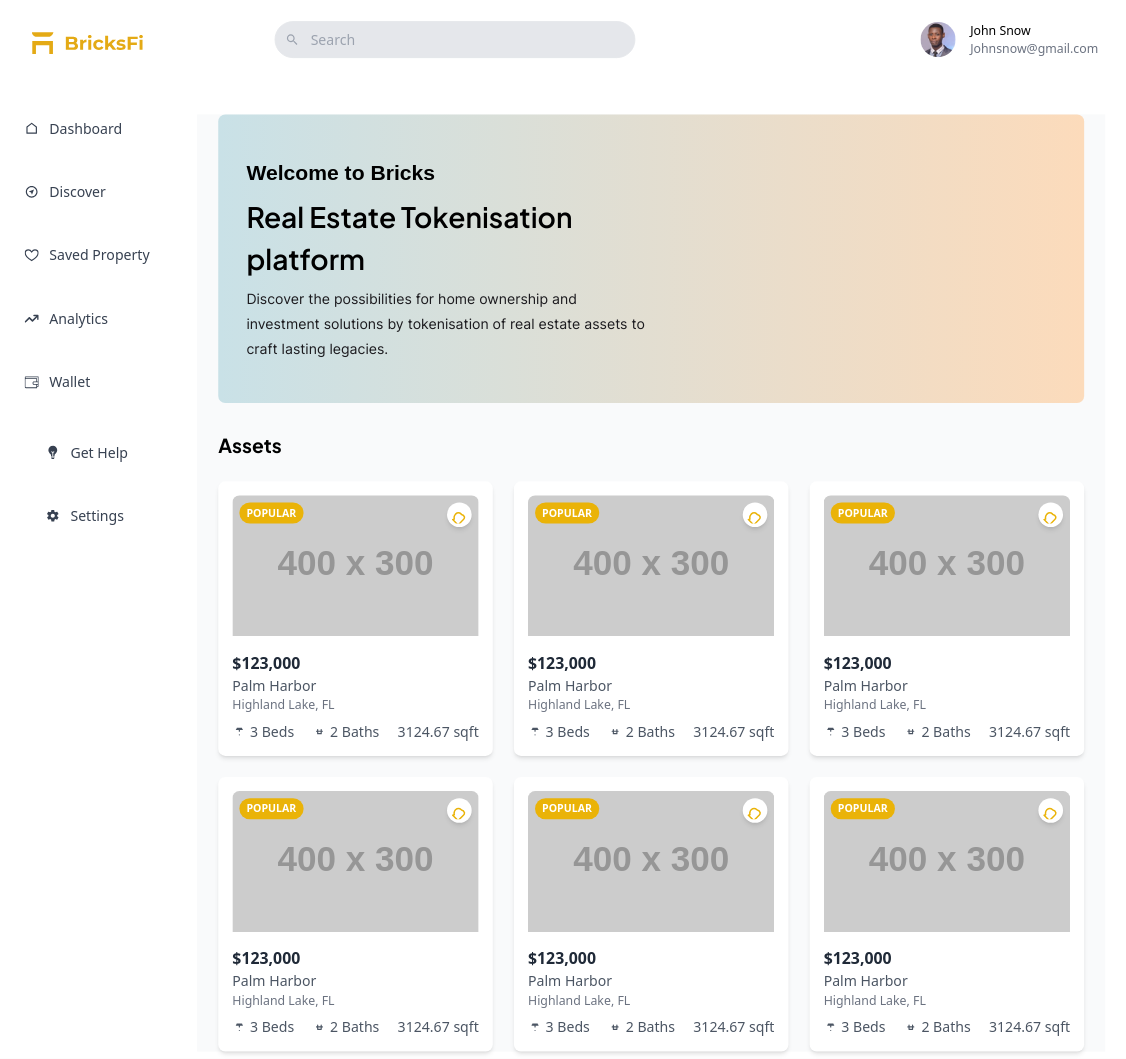
Repository: AyomideAkintade/BricksFi-Frontend
Page: /dashboard/discover (app in client/)
An editor plug-in stored every save of this project. The page is shown before and after the next save, followed by the edit.
The browser window is 1280 px wide. The pictures show the whole page, at 88% of full size.
The page's requests for data from a server got no answer. The project was rebuilt for these pictures with package versions that can differ from the ones it lists, and the page was loaded fresh each time. No one was signed in, and anything a server would have sent is missing. Also part of the build but not shown: client/src/components/navbar.jsx, client/src/components/home.jsx, client/src/components/homeSecond.jsx, client/src/components/homeThird.jsx, client/src/components/homeFifth.jsx, client/src/components/homeSixth.jsx, client/src/components/homeSeventh.jsx, client/src/api/base.js and 16 more.

Above is the page before, as saved 2024-10-04 23:40:53.

### client/src/index.css
@import "tailwindcss/base";
@import "tailwindcss/components";
@import "tailwindcss/utilities";


@layer utilities {
    @font-face {
      font-family: Bebas Neue;
      font-weight: 400;
      src: url(/src/assets/fonts/BebasNeue-Regular.ttf) format("truetype");
    }
    @font-face {
      font-family: Manrope;
      src: url(/src/assets/fonts/Manrope-VariableFont_wght.ttf) format("truetype");
    }
    @font-face {
      font-family: DM Sans;
      src: url(/src/assets/fonts/DMSans-VariableFont_opsz.ttf) format("truetype");
    }
    @font-face {
      font-family: inter;
      src: url(/src/assets/fonts/Inter-VariableFont_slnt\,wght.ttf) format("truetype");
    }
    @font-face {
      font-family: Archivo;
      src: url(/src/assets/fonts/Archivo-Bold.ttf) format("truetype");
    }
    @font-face {
      font-family: Rubik;
      src: url(/src/assets/fonts/Rubik-VariableFont_wght.ttf) format("truetype");
    }
    @font-face {
      font-family: CircularStd;
      src: url(/src/assets/fonts/CircularStd-Bold.ttf) format("truetype");
      src: url(/src/assets/fonts/CircularStd-Medium.ttf) format("truetype");
    }
    @font-face {
        font-family: Poppins;
        src: url(/src/assets/fonts/Poppins-Regular.ttf) format("truetype"), url(/src/assets/fonts/Poppins-Bold.ttf) format("truetype"), url(/src/assets/fonts/Poppins-Medium.ttf) format("truetype");
      }
    @font-face {
      font-family: Lato;
      src: url(/src/assets/fonts/Lato-Regular.ttf) format("truetype"), url(/src/assets/fonts/Lato-Bold.ttf) format("truetype");
    }
    @font-face {
      font-family: satoshi;
      src: url(/src/assets/fonts/Satoshi-Variable.ttf) format("truetype");
    }
    @font-face {
      font-family: ClashDisplay;
      src: url(/src/assets/fonts/ClashDisplay-Variable.ttf) format("truetype");
    }
    @font-face {
      font-family: Outfit;
      src: url(/src/assets/fonts/Outfit-VariableFont_wght.ttf) format("truetype");
    }
    @font-face {
      font-family: Futura;
      src: url(/src/assets/fonts/Futura-Std-Book.ttf) format("truetype");
    }
    @font-face {
      font-family: NeurialGrotesk;
      font-weight: normal;
      src:  url(/src/assets/fonts/NeurialGrotesk-Regular.otf) format("opentype");
    }
    @font-face {
      font-family: NeurialGrotesk;
      font-weight: bold;
      src:  url(/src/assets/fonts/NeurialGrotesk-Bold.otf) format("opentype");
    }
    @font-face {
      font-family: NeurialGrotesk;
      font-weight: 500;
      src:  url(/src/assets/fonts/NeurialGrotesk-Medium.otf) format("opentype");
    }
    @font-face {
        font-family: Jakarta;
        src:  url(/src/assets/fonts/PlusJakartaSans-VariableFont_wght.ttf) format("truetype");
      }
}

### client/src/App.js
import { BrowserRouter as Router, Route, Routes } from "react-router-dom";
import Home from "./pages/homePage";
import HomeFourth from "./components/login.jsx";
import HomeEight from "./components/signup.jsx";
import ForgotPasswordPage from "./components/forgotPassword.jsx";
import DashboardLayout from "./pages/dashboardLayout";
import DashboardPage from "./pages/dashboard.jsx";
import PieAnalytics from "./components/analytics.jsx";
import Discover from "./components/discover.jsx";
import SavedPropertyPage from "./components/savedProperties.jsx";
import { ToastContainer } from "react-toastify";
import 'react-toastify/dist/ReactToastify.css';
import { useEffect, useState } from "react";
import { BrCookies } from "./utils/storage/cookies.js";
// import DiscoverPage from "./pages/discover.jsx";
// import SavedPropertyPage from "./pages/savedProperty.jsx";

function App() {

  const [ loggedIn, setLoggedIn ] = useState(false);
  const [ isLoading, setLoading ] = useState(true);

  useEffect(()=>{
    const ck = new BrCookies(document);
    ck.getCookie('authToken')
      .then((value) => {
        setLoggedIn(true);
        setLoading(false);
      })
      .catch((e) => {
        setLoading(false);
        // this.setState({ isLoading: false }); // Set loading to false even if there is an error
      });
  }, [])
  if (isLoading) {
    return <div></div>;
  }

  return (
    <div>
      <ToastContainer limit={5} />
      {loggedIn ?
      <Router>
        <Routes>
          <Route path="*" element={<DashboardLayout />}>
            <Route index element={<DashboardPage />} />
          </Route>
          <Route path="/dashboard" element={<DashboardLayout />}>
            <Route index element={<DashboardPage />} />
            <Route path="discover" element={<Discover/>} />
            <Route path="saved-property" element={<SavedPropertyPage/>} />
            <Route path="analytics" element={<PieAnalytics />} />
          </Route>
        </Routes>
      </Router>
      :
      <Router>
        <Routes>
          {/* Public Routes */}
          <Route path="/" element={<Home />} />
          <Route path="/login" element={<HomeFourth />} />
          <Route path="/signup" element={<HomeEight />} />
          <Route path="/forgot-password" element={<ForgotPasswordPage />} />

          {/* Dashboard Routes with Sidebar and Header */}
          <Route path="/dashboard" element={<DashboardLayout />}>
            <Route index element={<DashboardPage />} />
            <Route path="discover" element={<Discover/>} />
            <Route path="saved-property" element={<SavedPropertyPage/>} />
            <Route path="analytics" element={<PieAnalytics />} />
          </Route>
        </Routes>
      </Router>
      }
    </div>
  );
}

export default App;

### client/src/pages/dashboardLayout.jsx
import React from 'react';
import Sidebar from '../components/sidebar';
import Header from '../components/header';
import { Outlet } from 'react-router-dom';

const DashboardLayout = () => {
  return (
    <div className="flex">
      {/* Sidebar */}
      <Sidebar />

      <div className="flex-1 ml-[200px]">
        {/* Header */}
        <Header />

        <div className="px-6 py-2">
          {/* Outlet will render the child routes here */}
          <Outlet />
        </div>
      </div>
    </div>
  );
};

export default DashboardLayout;

### client/src/components/discover.jsx
import React from 'react';

const properties = [
  {
    id: 1,
    price: "$123,000",
    name: "Palm Harbor",
    location: "Highland Lake, FL",
    bedrooms: 3,
    bathrooms: 2,
    area: "3124.67 sqft",
    imageUrl: "https://via.placeholder.com/400x300", // Replace with actual image URL
    popular: true,
  },
  {
    id: 2,
    price: "$123,000",
    name: "Palm Harbor",
    location: "Highland Lake, FL",
    bedrooms: 3,
    bathrooms: 2,
    area: "3124.67 sqft",
    imageUrl: "https://via.placeholder.com/400x300", // Replace with actual image URL
    popular: true,
  },
  {
    id: 3,
    price: "$123,000",
    name: "Palm Harbor",
    location: "Highland Lake, FL",
    bedrooms: 3,
    bathrooms: 2,
    area: "3124.67 sqft",
    imageUrl: "https://via.placeholder.com/400x300", // Replace with actual image URL
    popular: true,
  },
  {
    id: 4,
    price: "$123,000",
    name: "Palm Harbor",
    location: "Highland Lake, FL",
    bedrooms: 3,
    bathrooms: 2,
    area: "3124.67 sqft",
    imageUrl: "https://via.placeholder.com/400x300", // Replace with actual image URL
    popular: true,
  },
  {
    id: 5,
    price: "$123,000",
    name: "Palm Harbor",
    location: "Highland Lake, FL",
    bedrooms: 3,
    bathrooms: 2,
    area: "3124.67 sqft",
    imageUrl: "https://via.placeholder.com/400x300", // Replace with actual image URL
    popular: true,
  },
  {
    id: 6,
    price: "$123,000",
    name: "Palm Harbor",
    location: "Highland Lake, FL",
    bedrooms: 3,
    bathrooms: 2,
    area: "3124.67 sqft",
    imageUrl: "https://via.placeholder.com/400x300", // Replace with actual image URL
    popular: true,
  },
  // Add more property data as needed
];

const Discover = () => {
  return (
    <div className="bg-gray-50 min-h-screen">
      {/* Hero Section */}
      <section className="bg-gradient-to-r from-[#C9E1E7] to-[#FCDBBB] px-8 py-12 rounded-lg mx-6 my-8">
        <div className="flex">
          <div className='flex flex-col gap-2 w-6/12'>
            <h1 className="text-[24px] font-semibold font-[sans-serif]">
              Welcome to Bricks
            </h1>
            <p className="text-[32px] font-semibold font-jakarta">
              Real Estate Tokenisation platform
            </p>
            <p className="text-[#1C1B1F] tracking-[2%] font-inter leading-[28px]">
              Discover the possibilities for home ownership and investment
              solutions by tokenisation of real estate assets to craft lasting
              legacies.
            </p>
          </div>
          {/* <div>
            <img
              src="https://via.placeholder.com/600x400" // Replace with actual image URL
              alt="Real Estate Building"
              className="w-full rounded-lg"
            />
          </div> */}
        </div>
      </section>

      {/* Newest Deal Section */}
      <section className="px-6">
        <h2 className="text-[22px] font-bold font-jakarta mb-6">Assets</h2>
        <div className="grid grid-cols-1 md:grid-cols-3 lg:grid-cols-3 gap-6">
          {properties.map((property) => (
            <div key={property.id} className="bg-white p-4 rounded-lg shadow-md">
              <div className="relative">
                <img
                  src={property.imageUrl}
                  alt={property.name}
                  className="w-full h-40 object-cover rounded-t-lg"
                />
                {property.popular && (
                  <div className="absolute top-2 left-2 bg-yellow-500 text-white text-xs font-semibold px-2 py-1 rounded-full">
                    POPULAR
                  </div>
                )}
                <button className="absolute top-2 right-2 bg-white p-1 rounded-full shadow-md">
                  <svg
                    xmlns="http://www.w3.org/2000/svg"
                    fill="none"
                    viewBox="0 0 24 24"
                    stroke="currentColor"
                    className="w-5 h-5 text-yellow-500"
                  >
                    <path
                      strokeLinecap="round"
                      strokeLinejoin="round"
                      strokeWidth={2}
                      d="M5.121 17.804A4.992 4.992 0 015 15c0-1.38.56-2.63 1.464-3.536l.707-.707c.879-.88 2.03-1.464 3.537-1.464 1.507 0 2.658.584 3.537 1.464l.707.707A4.992 4.992 0 0119 15a4.992 4.992 0 01-1.465 3.535l-6.585 6.585a1 1 0 01-1.414 0l-6.585-6.585z"
                    />
                  </svg>
                </button>
              </div>
              <div className="mt-4">
                <h3 className="text-lg font-semibold text-gray-800">{property.price}</h3>
                <p className="text-gray-600">{property.name}</p>
                <p className="text-sm text-gray-500">{property.location}</p>
                <div className="flex items-center justify-between mt-2">
                  <div className="flex items-center text-gray-600">
                    <svg
                      xmlns="http://www.w3.org/2000/svg"
                      fill="none"
                      viewBox="0 0 24 24"
                      stroke="currentColor"
                      className="w-4 h-4 mr-1"
                    >
                      <path
                        strokeLinecap="round"
                        strokeLinejoin="round"
                        strokeWidth={2}
                        d="M8 7h8M7 9h10M12 12V9m0 9h.01"
                      />
                    </svg>
                    {property.bedrooms} Beds
                  </div>
                  <div className="flex items-center text-gray-600">
                    <svg
                      xmlns="http://www.w3.org/2000/svg"
                      fill="none"
                      viewBox="0 0 24 24"
                      stroke="currentColor"
                      className="w-4 h-4 mr-1"
                    >
                      <path
                        strokeLinecap="round"
                        strokeLinejoin="round"
                        strokeWidth={2}
                        d="M7 12h10M9 12v4h6v-4M9 9v3m6-3v3"
                      />
                    </svg>
                    {property.bathrooms} Baths
                  </div>
                  <div className="text-gray-600">{property.area}</div>
                </div>
              </div>
            </div>
          ))}
        </div>
      </section>
    </div>
  );
};

export default Discover;

### client/src/utils/storage/cookies.js

// eslint-disable-next-line no-unused-vars
class BrCookies {

    constructor(document) {
        this.document = document || (typeof document !== "undefined" ? document : null);
    }

    /**
     *
     * @param {Array<CookieData>} dataList
     */

    saveCookies(dataList){

        if (!Array.isArray(dataList)) {
            throw new Error("Data list must be an array.");
        }

        for (const data of dataList) {
            if (!(data instanceof CookieData)) {
                throw new Error("Invalid cookie data format.");
            }

            // save each cookie
            let cookieValue = `${data.name}=${data.value}; expires=${data.expiryDate.toUTCString()}; path=/`;

            // Set SameSite=None if running on localhost
            if (window.location.hostname !== 'localhost') {

                cookieValue += '; SameSite=Strict; Secure'
            }

            this.document.cookie = cookieValue;
        }
    }

    async getCookie(name) {
        return new Promise((resolve, reject) => {
          const cookies = this.document.cookie.split('; ');
          for (const cookie of cookies) {
            const [cookieName, cookieValue] = cookie.split('=');
            if (cookieName === name) {
              resolve(cookieValue);
              return;
            }
          }
          reject(new Error(`Cookie with name ${name} not found.`));
        });
    }

    removeCookie(name) {
        this.document.cookie = name + "=;Path=/;expires=Thu, 01 Jan 1970 00:00:00 GMT";
    }

    removeAllCookies() {
        const cookies = this.document.cookie.split(";");
        for (var i = 0; i < cookies.length; i++) {
            const cookie = cookies[i];
            const eqPos = cookie.indexOf("=");
            const name = eqPos > -1 ? cookie.substr(0, eqPos) : cookie;
            document.cookie = name + "=;Path=/;expires=Thu, 01 Jan 1970 00:00:00 GMT";
        }
    }
}


class CookieData {
    constructor(name, value, expiryDate) {

        if (typeof name !== "string" || typeof value !== "string" || !(expiryDate instanceof Date) || name.length === 0) {
            throw new Error("Invalid CookieData format.");
        }

        this.name = name;
        this.value = value;
        this.expiryDate = expiryDate;
    }
}

function createCookieDate(timeInSec) {

    const timeInDays = timeInSec / (3600 * 24);

    const currentDate = new Date();

    const futureDate = new Date();
    futureDate.setDate(currentDate.getDate() + timeInDays);


    return futureDate
}


export { BrCookies, CookieData, createCookieDate };

### client/src/components/sidebar.jsx
import React from 'react';
import { Link } from 'react-router-dom';
import { RiHomeLine } from "react-icons/ri";
import { RiCompassDiscoverLine } from "react-icons/ri";
import { GrFavorite } from "react-icons/gr";
import { FaArrowTrendUp } from "react-icons/fa6";
import { TfiWallet } from "react-icons/tfi";
import { IoBulbSharp } from "react-icons/io5";
import { IoMdSettings } from "react-icons/io";
import BricksFi from "../assets/bricksfi.svg"

const Sidebar = () => {
  return (
    <aside className="bg-white h-screen w-[15%] fixed p-3 min-w-[200px]">
      <div className="p-6">
        <img
        src={BricksFi}
        alt='BricksFi'
        className='w-full'
        />
      </div>
      <nav className="mt-8">
        <ul className="space-y-4">
          <li className="p-4 hover:bg-yellow-100">
            <Link to="/dashboard" className="flex items-center text-gray-700">
              <RiHomeLine className="mr-3" /> Dashboard
            </Link>
          </li>
          <li className="p-4 hover:bg-yellow-100">
            <Link to="/dashboard/discover" className="flex items-center text-gray-700">
              <RiCompassDiscoverLine className="mr-3" /> Discover
            </Link>
          </li>
          <li className="p-4 hover:bg-yellow-100">
            <Link to="/dashboard/saved-property" className="flex items-center text-gray-700">
              <GrFavorite className="mr-3" /> Saved Property
            </Link>
          </li>
          <li className="p-4 hover:bg-yellow-100">
            <Link to="/dashboard/analytics" className="flex items-center text-gray-700">
              <FaArrowTrendUp className="mr-3" /> Analytics
            </Link>
          </li>
          <li className="p-4 hover:bg-yellow-100">
            <Link to="/dashboard/wallet" className="flex items-center text-gray-700">
              <TfiWallet className="mr-3" /> Wallet
            </Link>
          </li>
        </ul>
      </nav>
      <div className="mt-auto p-6">
        <ul className="space-y-4">
          <li className="p-4 hover:bg-yellow-100">
            <Link to="/" className="flex items-center text-gray-700">
              <IoBulbSharp className="mr-3" /> Get Help
            </Link>
          </li>
          <li className="p-4 hover:bg-yellow-100">
            <Link to="/" className="flex items-center text-gray-700">
              <IoMdSettings className="mr-3" /> Settings
            </Link>
          </li>
        </ul>
      </div>
    </aside>
  );
};

export default Sidebar;

### client/src/components/header.jsx
import React from 'react';
import COCO from "../assets/clem.jpeg"
import { IoMdSearch } from "react-icons/io";
import { IoNotificationsOutline } from "react-icons/io5";

const Header = () => {
  return (
    <div className="w-full flex gap-10 justify-between items-center py-6 bg-white sticky top-0 z-50 px-12" >
      {/* style={{boxShadow: "1px 1px 20px -8px #0000001A"}} */}
      <div className='px-16 w-full'>
      <div className="relative w-2/3">
        <input
          type="text"
          placeholder="Search"
          className="p-2 pl-10 w-full border rounded-full bg-gray-200 text-black focus:outline-none"
        />
        <IoMdSearch className="absolute left-3 top-1/2 transform -translate-y-1/2 text-gray-400" />
      </div>
      </div>
      <div className="flex items-center space-x-4 ">
        <IoNotificationsOutline className="text-gray-700 text-2xl" />
        <img
          src={COCO}
          alt="profile"
          className="rounded-full h-10 w-10"
        />
        <div className="">
          <span className="block text-sm font-medium">John Snow</span>
          <span className="block text-sm text-gray-500">Johnsnow@gmail.com</span>
        </div>
      </div>
    </div>
  );
};

export default Header;

### client/tailwind.config.js
/** @type {import('tailwindcss').Config} */
module.exports = {
  content: ["./src/**/*.{html,js,jsx}"],
  theme: {
    extend: {
      fontFamily: {
        Bebas: ['Bebas Neue'],
        Manrope: ['Manrope'],
        dmsans: ['DM Sans'],
        inter: ['inter'],
        Archivo: ['Archivo'],
        Rubik: ['Rubik'],
        CircularStd: 'CircularStd',
        Poppins: 'Poppins',
        Lato: 'Lato',
        satoshi: 'satoshi',
        ClashDisplay: 'ClashDisplay',
        outfit: 'Outfit',
        futura: 'Futura',
        Neurial: 'NeurialGrotesk',
        jakarta: 'Jakarta'
      }
    },
    screens: {
      sm: '640px',
      // => @media (min-width: 640px) { ... }

      md: '768px',
      // => @media (min-width: 768px) { ... }

      lg: '1024px',
      // => @media (min-width: 1024px) { ... }

      xl: '1280px',
      // => @media (min-width: 1280px) { ... }

      '2xl': '1536px',
      // => @media (min-width: 1536px) { ... }
      'custombp': {'raw': '(min-height: 375px),(min-width:768px)'}
    },
  },
  plugins: [],
}

Loaded but not shown: client/public/index.html (common file); client/src/index.js (common file); client/src/reportWebVitals.js (common file)

After the next save:
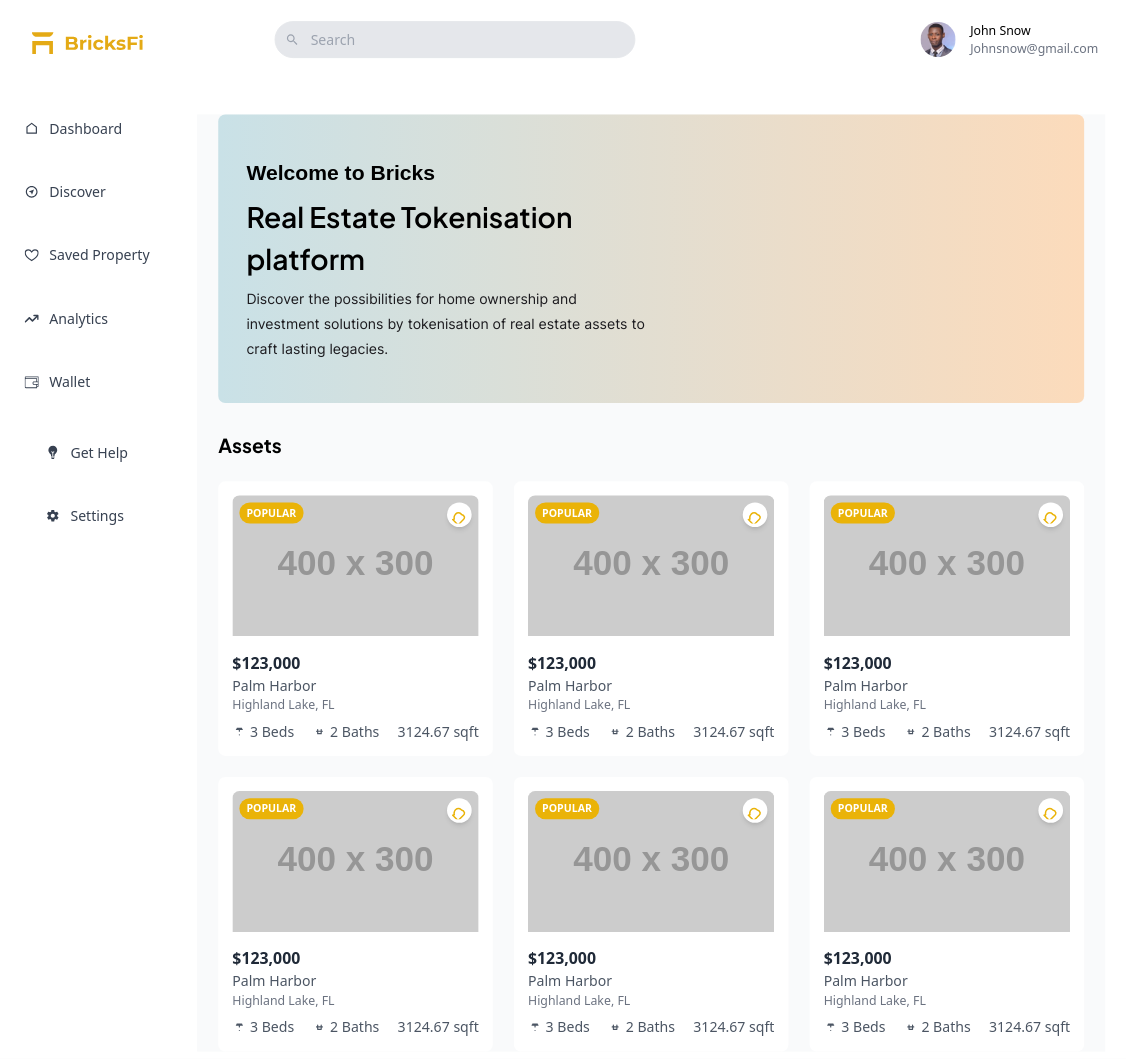
Saved 82 s later.
--- a/client/src/components/discover.jsx
+++ b/client/src/components/discover.jsx
@@ -104,7 +104,7 @@ const Discover = () => {
         <h2 className="text-[22px] font-bold font-jakarta mb-6">Assets</h2>
         <div className="grid grid-cols-1 md:grid-cols-3 lg:grid-cols-3 gap-6">
           {properties.map((property) => (
-            <div key={property.id} className="bg-white p-4 rounded-lg shadow-md">
+            <div key={property.id} className="bg-white p-4 rounded-lg">
               <div className="relative">
                 <img
                   src={property.imageUrl}
